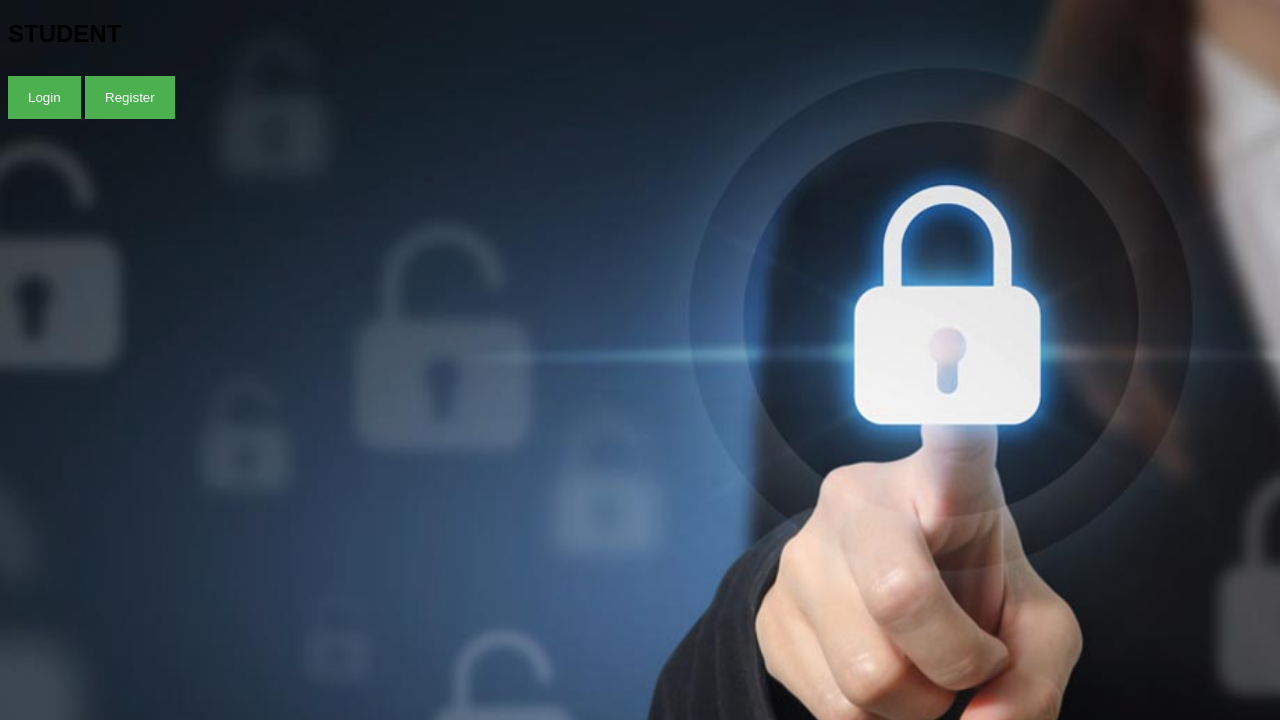
Repository: Malz6/DBMS-ActivityTracking
Page: dbs/WebContent/student.html
The author's editor kept a copy of each file at every save. The page is drawn from the files as they stood at one save, then again after the next save.
The browser window is 1280 px wide. The pictures show the whole page.

Above is the page before, as saved 2019-12-12 13:26:41.

After the next save:
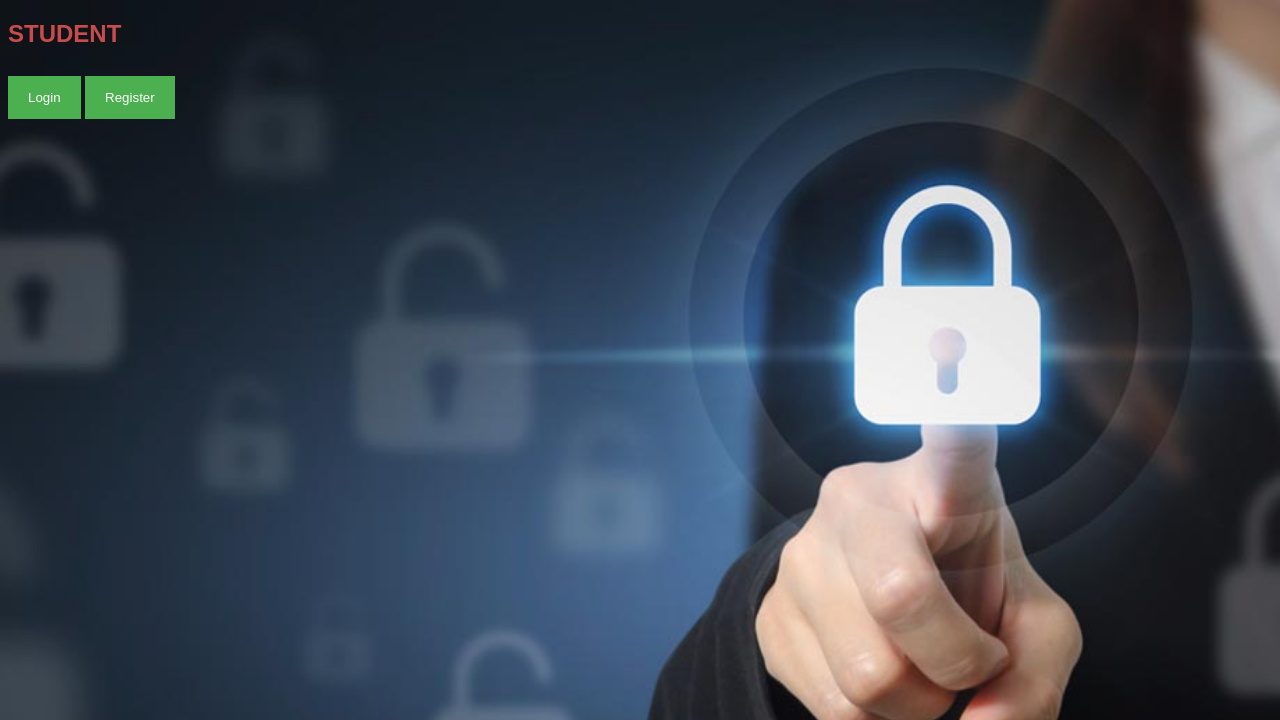
Saved 15 s later.
--- a/dbs/WebContent/student.html
+++ b/dbs/WebContent/student.html
@@ -11,6 +11,7 @@ body
   	background-repeat: no-repeat;
  	background-attachment: fixed;
  	background-size: cover;
+ 	color: rgb(201, 76, 76);
 }
 /* Full-width input fields */
 input[type=text], input[type=password] {
